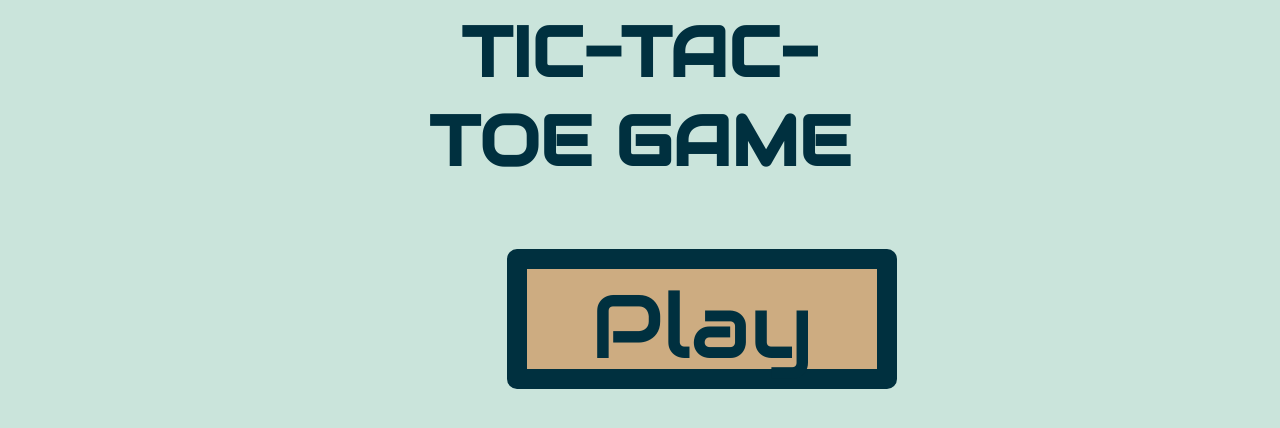
Repository: blackSky1213/tic-tac-toe
Page: index.html
These files come from the project's save history. The page is drawn as it stood at one moment and after the next save; the edit follows.
The browser window is 1280 px wide. The pictures show the whole page.

Above is the page before, as saved 2020-12-28 20:48:01.

### index.html
<!DOCTYPE html>
<html lang="en">

<head>
    <meta charset="UTF-8">
    <meta name="viewport" content="width=device-width, initial-scale=1.0">
    <title>Tic-Tac-Toe</title>
    <link rel="preconnect" href="https://fonts.gstatic.com">
    <link href="https://fonts.googleapis.com/css2?family=Audiowide&display=swap" rel="stylesheet">
    <link rel="stylesheet" href="styles/index.css">
</head>

<body>
    <h1 class="title">TIC-TAC-TOE GAME</h1>
    <div class="start"><spam class="play">Play</spam></div>
</body>

</html>

### styles/index.css
body{
    background-color:#cae4db;
}
.title{
    text-align:center;
    font-size:70px;
    margin:auto 30% auto 30%;
    font-family:'Audiowide', cursive;
    color:#00303f;
}
.start{
    background-color:#cdac81;
    width:350px;
    height:100px;
    margin:5% 30% auto 30%;
    position:relative;
    left:120px;
    border-radius: 10px;
    text-align: center;
    font-size: 90px;
    border:solid 20px #00303f;


}
.play{
    color:#00303f;
    font-family:'Audiowide', cursive;
}

After the next save:
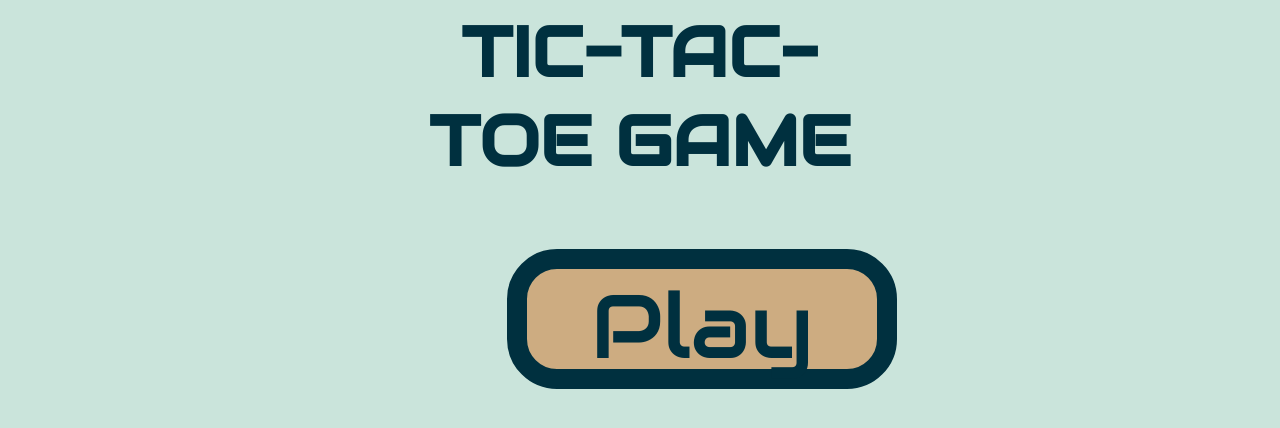
Saved 40 s later.
--- a/styles/index.css
+++ b/styles/index.css
@@ -15,7 +15,7 @@ body{
     margin:5% 30% auto 30%;
     position:relative;
     left:120px;
-    border-radius: 10px;
+    border-radius: 50px;
     text-align: center;
     font-size: 90px;
     border:solid 20px #00303f;
